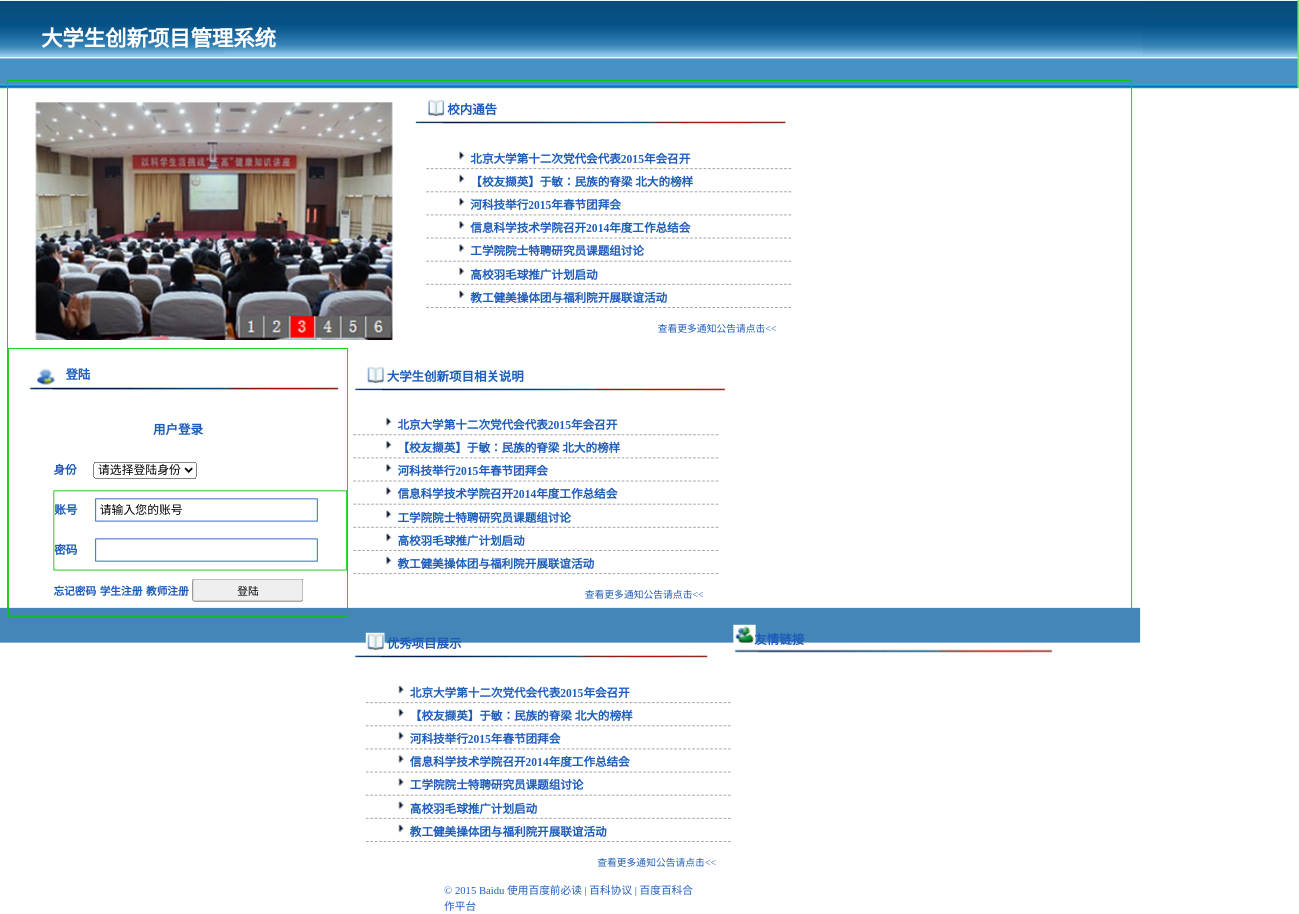
Repository: msmwlxy/ProjectManagement
Page: http://localhost/ProjectManagement/
The author's editor kept a copy of each file at every save. The page is drawn from the files as they stood at one save, then again after the next save.
The browser window is 1280 px wide. The page is 1459 px wide, so the pictures cover 1459 px, including what lies to the right of the window. The pictures show the whole page, at 89% of full size.
The page is served by Tomcat 9. Nobody is signed in. The application's start-up code is not run. Other server files are loaded and not shown.

Above is the page before, as saved 2015-02-28 03:48:16.

### ProjectManagement/WebRoot/index.jsp
<%@ page language="java" import="java.util.*" pageEncoding="utf-8"%>
<%
	String path = request.getContextPath();
	String basePath = request.getScheme() + "://"
			+ request.getServerName() + ":" + request.getServerPort()
			+ path + "/";
%>

<!DOCTYPE HTML PUBLIC "-//W3C//DTD HTML 4.01 Transitional//EN">
<html>
<head>
<base href="<%=basePath%>">

<title>My JSP 'index.jsp' starting page</title>
<meta http-equiv="pragma" content="no-cache">
<meta http-equiv="cache-control" content="no-cache">
<meta http-equiv="expires" content="0">
<meta http-equiv="keywords" content="keyword1,keyword2,keyword3">
<meta http-equiv="description" content="This is my page">

<meta http-equiv="Content-Type" content="text/html; charset=utf-8" />
<!--
	<link rel="stylesheet" type="text/css" href="styles.css">
	-->
<link href="css/Home page11.css" type="text/css" rel="stylesheet" />
</head>

<body>
	<!-- This is my JSP page. <br>
    <a href="log_loginUI">登陆界面</a>
    <a href="log_signInUI?identity=5">学生注册界面</a>
     <a href="log_signInUI?identity=4">指导老师注册界面</a> -->


	<header>
	<div class="header">大学生创新项目管理系统</div>
	</header>
	<main>
	<div class="main" style="margin:0 auto;">
		<div class="left1">
			<img src="images/22.png" style="margin:24px 30px;">
		</div>
		<div class="middle1">
			<img src="images/shu.png">
			<div class="xiao">&nbsp;校内通告</div>
			<div class="xian">
				<img src="images/xian.png" width="420">
			</div>
			<div class="xuxian">
				<img src="images/sanjiao.png">&nbsp;&nbsp;<a href="#">北京大学第十二次党代会代表2015年会召开</a>
			</div>
			<div class="xuxian">
				<img src="images/sanjiao.png">&nbsp;&nbsp;<a href="#">【校友撷英】于敏：民族的脊梁&nbsp;北大的榜样</a>
			</div>
			<div class="xuxian">
				<img src="images/sanjiao.png">&nbsp;&nbsp;<a href="#">河科技举行2015年春节团拜会</a>
			</div>
			<div class="xuxian">
				<img src="images/sanjiao.png">&nbsp;&nbsp;<a href="#">信息科学技术学院召开2014年度工作总结会</a>
			</div>
			<div class="xuxian">
				<img src="images/sanjiao.png">&nbsp;&nbsp;<a href="#">工学院院士特聘研究员课题组讨论</a>
			</div>
			<div class="xuxian">
				<img src="images/sanjiao.png">&nbsp;&nbsp;<a href="#">高校羽毛球推广计划启动</a>
			</div>
			<div class="xuxian">
				<img src="images/sanjiao.png">&nbsp;&nbsp;<a href="#">教工健美操体团与福利院开展联谊活动</a>
			</div>
			<span class="pl_dianji"><a href="#" style="color:#1E5DBA;">查看更多通知公告请点击<<
			</a> </span>
		</div>
		<div class="right1">
			&nbsp;&nbsp;<img src="images/yi.png">
			<div class="ri1_deng">&nbsp;登陆</div>
			<div class="ri1_rr">
				<img src="images/xian.png" width="350">
				<p>用户登录</p>
			</div>
			<div class="ri1_sanjiao">
				<div class="ri1_login_text">
					<form method="post" action="log_login"
						onsubmit="check();return false;">
						<div class="ri1_login_down">
							<font style="margin-left:30px;margin-right:15px;">身份</font> <select
								name="identity">
								<option value="0" selected="selected">请选择登陆身份</option>
								<option value="1">管理员</option>
								<option value="2">教务处审核人</option>
								<option value="3">院系审核人</option>
								<option value="4">指导老师</option>
								<option value="5">学生</option>
							</select>
							<div class="zhanghao">
								<font>账号</font><input name="accountNum" value="请输入您的账号"
									style="border:solid #1E5DBA 1px;" type="text" /><br> <font>密码</font><input
									name="password" style="border:solid #1E5DBA 1px;"
									type="password" />
							</div>
						</div>
						<div class="zhuce">
							<a href="">忘记密码</a> <a href="">学生注册</a> <a href="#">教师注册</a> <input
								type="button"
								style="width:125px;margin-left:0px;padding:2px;font-family:微软雅黑;font-size:12px"
								value="登陆" />
						</div>
				</div>
			</div>
		</div>
		<div class="left2">
			<img src="images/shu.png">
			<div class="le2_da">&nbsp;大学生创新项目相关说明</div>
			<div class="xian">
				<img src="images/xian.png" width="420">
				<div id="le2_shuoming">
					<div class="xuxian">
						<img src="images/sanjiao.png">&nbsp;&nbsp;<a href="#">北京大学第十二次党代会代表2015年会召开</a>
					</div>
					<div class="xuxian">
						<img src="images/sanjiao.png">&nbsp;&nbsp;<a href="#">【校友撷英】于敏：民族的脊梁&nbsp;北大的榜样</a>
					</div>
					<div class="xuxian">
						<img src="images/sanjiao.png">&nbsp;&nbsp;<a href="#">河科技举行2015年春节团拜会</a>
					</div>
					<div class="xuxian">
						<img src="images/sanjiao.png">&nbsp;&nbsp;<a href="#">信息科学技术学院召开2014年度工作总结会</a>
					</div>
					<div class="xuxian">
						<img src="images/sanjiao.png">&nbsp;&nbsp;<a href="#">工学院院士特聘研究员课题组讨论</a>
					</div>
					<div class="xuxian">
						<img src="images/sanjiao.png">&nbsp;&nbsp;<a href="#">高校羽毛球推广计划启动</a>
					</div>
					<div class="xuxian">
						<img src="images/sanjiao.png">&nbsp;&nbsp;<a href="#">教工健美操体团与福利院开展联谊活动</a>
					</div>
					<span class="pl_dianji"><a href="#" style="color:#1E5DBA;">查看更多通知公告请点击<<
					</a> </span>
				</div>
			</div>
		</div>
		<div class="middle2">
			<img src="images/shu.png">
			<div class="you">&nbsp;优秀项目展示</div>
			<div class="xian">
				<img src="images/xian.png" width="400">
			</div>
			<div class="xuxian">
				<img src="images/sanjiao.png">&nbsp;&nbsp;<a href="#">北京大学第十二次党代会代表2015年会召开</a>
			</div>
			<div class="xuxian">
				<img src="images/sanjiao.png">&nbsp;&nbsp;<a href="#">【校友撷英】于敏：民族的脊梁&nbsp;北大的榜样</a>
			</div>
			<div class="xuxian">
				<img src="images/sanjiao.png">&nbsp;&nbsp;<a href="#">河科技举行2015年春节团拜会</a>
			</div>
			<div class="xuxian">
				<img src="images/sanjiao.png">&nbsp;&nbsp;<a href="#">信息科学技术学院召开2014年度工作总结会</a>
			</div>
			<div class="xuxian">
				<img src="images/sanjiao.png">&nbsp;&nbsp;<a href="#">工学院院士特聘研究员课题组讨论</a>
			</div>
			<div class="xuxian">
				<img src="images/sanjiao.png">&nbsp;&nbsp;<a href="#">高校羽毛球推广计划启动</a>
			</div>
			<div class="xuxian">
				<img src="images/sanjiao.png">&nbsp;&nbsp;<a href="#">教工健美操体团与福利院开展联谊活动</a>
			</div>
			<span class="pl_dianji"><a href="#" style="color:#1E5DBA;">查看更多通知公告请点击<<
			</a> </span>
		</div>
		<div class="right2">
			&nbsp;&nbsp;
			<div class="ri2_yq_tu">
				<img src="images/er.png">
			</div>
			<div class="ri2_lian">&nbsp;友情链接</div>
			<div class="ri2_i">
				<img src="images/xian.png" width="360">
			</div>
		</div>
	</div>
	</main>
	<bottom>
	<div class="bottom">
		<a href="#">© 2015 Baidu 使用百度前必读 | 百科协议 | 百度百科合作平台</a>
	</div>
	</bottom>






</body>
</html>

### ProjectManagement/WebRoot/css/Home page11.css
@charset "utf-8";
/* CSS Document */
.body{
	width:auto;
	height:768px;
	}
.header{
	background:url(../images/toulan.png);
	background-repeat:repeat-x;
	margin:-9px -9px;
	width:1366px;
	height:50px;
	font-weight:bolder;
	font-size:24px;
	padding:24px 46px;
	color:#FFF;
	border:1px #0C0 solid;
	}
.main{
	margin:10px -9px;
	padding-bottom::10px 100px;
	border:solid
	width:1366px;
	height:600px;
	border:1px #0C0 solid;
	}
.left1{
	height:300px;
	width:450px;
	float:left;
	}
.middle1{
	padding:20px 20px;
	height:260px;
	width:400px;
	float:left;
	}
.xiao{
	margin:-18px 20px;
	font-size:14px;
	color:#1E5DBA;
	font-weight:bolder;
	}
.xian{
	margin:22px -14px;
	height:6px;
	width:300px;
	}
.right1{
	height:300px;
	width:380px;
	float:left;
	}
.right1 img{
	margin:20px 22px;
	font-size:14px;
	}
.ri1_deng{
	width:100px;
	height:19;
	margin:-51px 60px;
	margin-top:-49px;
	font-size:14px;
	color:#1E5DBA;
	font-weight:bolder;
	}
.ri1_rr img{
	width:350px;
	height:3px;
	margin-top:57px;
	}
.ri1_rr p{
	text-align:center;
	color:#1E5DBA;
	font-size:14px;
	font-weight:bolder;
	}
.ri1_sanjiao{
	width:360;
	height:164;
	font-size:16px;
	font-weight:bolder;
	color:#1950B6;
	margin-left:20px;
	}
.ri1_sanjiao font{
	font-weight:bolder;
	color:#1E5DBA;
	font-size:13px;
	margin-top:10px;
	}
.ri1_sanjiao input{
	width:250px;
	font-family:"微软雅黑";
	padding:4px;
	margin-left:20px;
	}
.ri1_sanjiao img{
	margin-left:30px;
	}
.ri1_sanjiao span{
	margin-left:100px;
	}
#ri1_login{
	margin-top:-30px;
	}

.ri1_login_text{
	line-height:44px;
	}
/*.ri1_login_down{
	margin-left:16px;
	margin-top:12px;
	}
*/
.zhanghao{
	margin-left:30px;
	border:1px #0C0 solid;
	}
.zhuce1{
	margin:20px 90px;
	border:1px #0C0 solid;
	}
.zhuce a{
		font-size:12px;
}
.zhuce{
	padding-left:30px;
}
.left2{
	padding:20px 20px;
	height:260px;
	width:410px;
	float:left;
	}
.le2_da{
	margin:-18px 20px;
	font-size:14px;
	color:#1E5DBA;
	font-weight:bolder;
}
#le2_shuoming{
	margin-top:24px;
	width:600px;
	height:69;
}
.middle2{
	padding:20px 20px;
	height:260px;
	width:400px;
	float:left;
	}
.right2{
	height:180px;
	width:342px;
	float:right;
	margin:-310px 60px;
	}
.ri2_lian{
	margin-top:-16px;
	margin-left:20px;
	font-size: 14px;
	color: #1E5DBA;
	font-weight: bolder;
	}
.ri2_i{
	margin-top:2px;
	}
.ri2_you{
	margin:-24px 40px;
	font-size:14px;
	color:#1E5DBA;
	font-weight:bolder;
	}


.left1{
	height:300px;
	width:450px;
	float:left;
	}
.middle1{
	padding:20px 20px;
	height:260px;
	width:400px;
	float:left;
	}
.xiao{
	margin:-18px 20px;
	font-size:14px;
	color:#1E5DBA;
	font-weight:bolder;
	}
.xian{
	margin:22px -14px;
	height:6px;
	width:300px;
}
.xuxian{
	color:#1E5DBA;
	height:25px;
	width:410px;
	line-height:30px;
	border-bottom:dashed #999999 1px;
	font-size:13px;
	font-weight:bolder;
}
.xuxian img{
	margin-left:35px;
	line-height:8px;
}
.pl_dianji{
	font-family:"微软雅黑";
	font-size:11px;
	color:#1E5DBA;
	margin-left:260px;
	line-height:46px;
}
.right1{
	height:300px;
	width:380px;
	float:left;
	border:1px #0C0 solid;
}
.left2{
	padding:20px 20px;
	height:260px;
	width:410px;
	float:left;
}

.middle2{
	padding:20px 20px;
	height:260px;
	width:400px;
	float:left;
}
.right2{
	height:300px;
	width:380px;
	float:right;
	margin:-307px 67px;
}
.bottom{
	background:url(../images/weilan.png);
	height:20px;
	margin-bottom:100px;
	background-repeat:repeat-x;
	margin:-9px -9px;
	font-size:12px;
	padding:12px 500px;
}
a:link,a:visited{
	color:#1E5DBA;
	text-decoration:none;
}
a:hover{
	text-decoration:none;
	color:red;

}
.xiantiao{
	height:3px;
	width:840px;
}
.sanjiao{
	font-size:14px;
	font-weight:bolder;
	color:#1950B6;
	margin-top:40px;
	weight:840px;
}
.you{
	margin:-18px 20px;
	font-size:14px;
	color:#1E5DBA;
	font-weight:bolder;
}

After the next save:
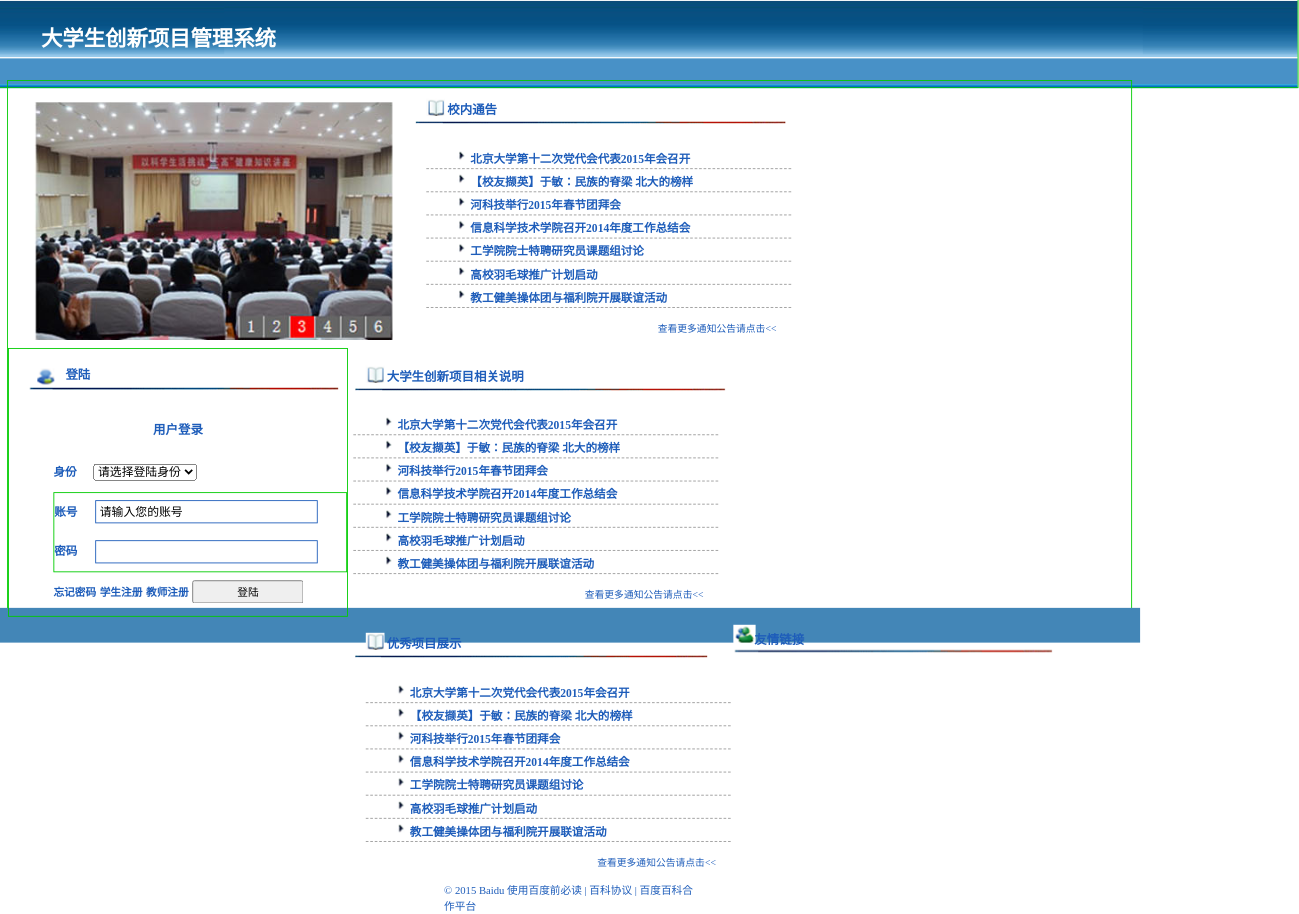
Saved 6 s later.
--- a/ProjectManagement/WebRoot/index.jsp
+++ b/ProjectManagement/WebRoot/index.jsp
@@ -80,7 +80,7 @@
 			<div class="ri1_sanjiao">
 				<div class="ri1_login_text">
 					<form method="post" action="log_login"
-						onsubmit="check();return false;">
+						onsubmit="check();return false;"></form>
 						<div class="ri1_login_down">
 							<font style="margin-left:30px;margin-right:15px;">身份</font> <select
 								name="identity">

After the save that followed:
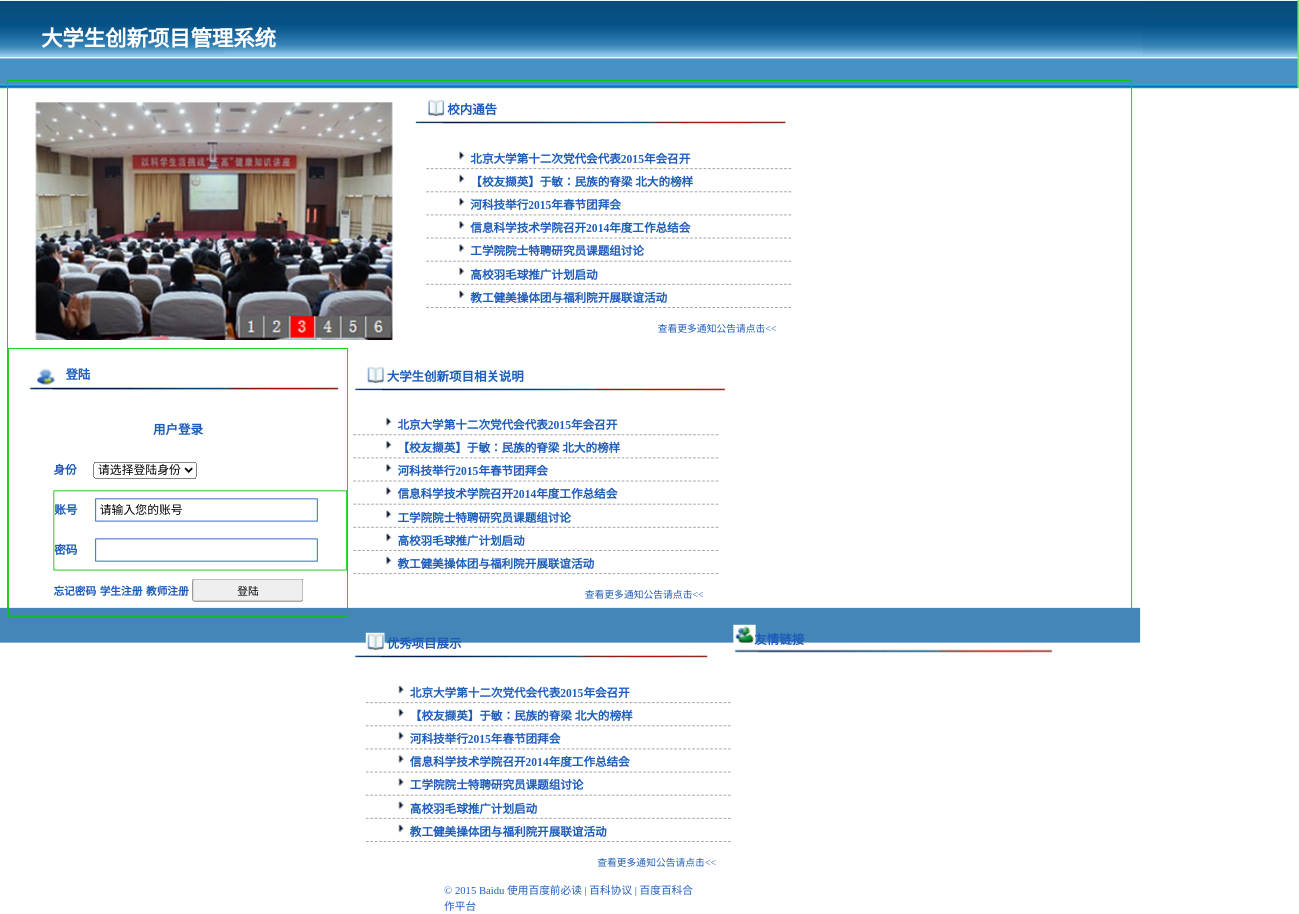
Saved 49 s later.
--- a/ProjectManagement/WebRoot/index.jsp
+++ b/ProjectManagement/WebRoot/index.jsp
@@ -80,7 +80,7 @@
 			<div class="ri1_sanjiao">
 				<div class="ri1_login_text">
 					<form method="post" action="log_login"
-						onsubmit="check();return false;"></form>
+						onsubmit="check();return false;">
 						<div class="ri1_login_down">
 							<font style="margin-left:30px;margin-right:15px;">身份</font> <select
 								name="identity">
@@ -104,6 +104,7 @@
 								style="width:125px;margin-left:0px;padding:2px;font-family:微软雅黑;font-size:12px"
 								value="登陆" />
 						</div>
+					</form>
 				</div>
 			</div>
 		</div>
